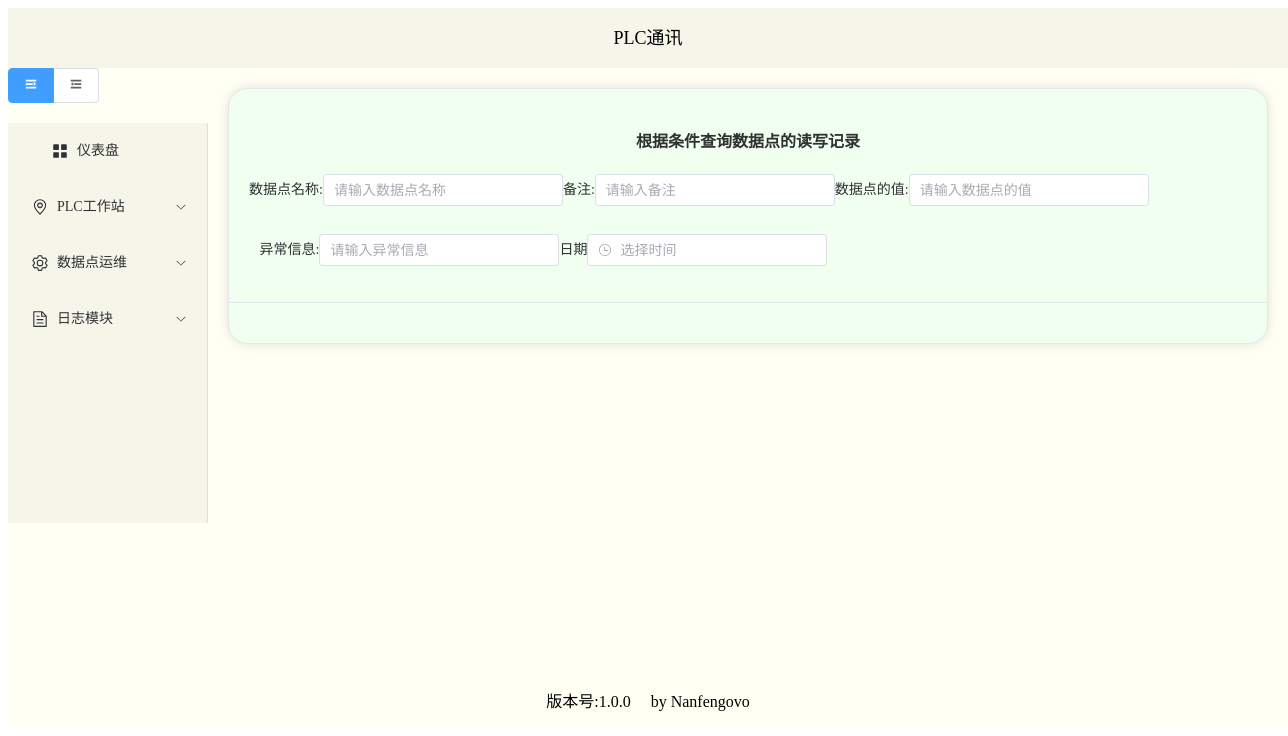
Repository: nanfengovo/HelperWorkStation
Page: /#/frameWork/PLCWorkstation/S7 (app in HelperWorkStation/plchelper-ui/)
The author's editor kept a copy of each file at every save. The page is drawn from the files as they stood at one save, then again after the next save.
The browser window is 1280 px wide. The page is 1288 px wide, so the pictures cover 1288 px, including what lies to the right of the window. The pictures show the whole page.
The project was rebuilt for these pictures with package versions that can differ from the ones it lists, and the page was loaded fresh each time. Also part of the build but not shown: HelperWorkStation/plchelper-ui/vite.config.ts, HelperWorkStation/plchelper-ui/src/views/Login/index.vue.

Above is the page before, as saved 2025-02-16 00:11:18.

### HelperWorkStation/plchelper-ui/index.html
<!DOCTYPE html>
<html lang="">
  <head>
    <meta charset="UTF-8">
    <link rel="icon" href="/icon-park-outline--cpu.png">
    <meta name="viewport" content="width=device-width, initial-scale=1.0">
    <title>PLCHelper Station</title>
  </head>
  <body>
    <div id="app"></div>
    <script type="module" src="/src/main.ts"></script>
  </body>
</html>

<style>
  #app{
    /* display: flex;
    justify-content: center;
    align-items: center; */
    height: 100vh;
    width: 100vw;
  }
</style>

### HelperWorkStation/plchelper-ui/src/main.ts
// import './assets/main.css'

import { createApp } from 'vue'
import ElementPlus from 'element-plus'
import 'element-plus/dist/index.css'
import { createPinia } from 'pinia'

import App from './App.vue'
import * as ElementPlusIconsVue from '@element-plus/icons-vue'
//element-plus转换中文
import zhCn from 'element-plus/es/locale/lang/zh-cn'
import router from './router'

const app = createApp(App)
app.use(router)
for (const [key, component] of Object.entries(ElementPlusIconsVue)) {
    app.component(key, component)
    }
    app.use(ElementPlus, {
        locale: zhCn,
        })
app.use(createPinia())


app.mount('#app')

### HelperWorkStation/plchelper-ui/src/App.vue
<script setup lang="ts">
import {  RouterView } from 'vue-router'
import FrameWork from './views/FrameWork/index.vue'
import Login from './views/Login/index.vue'
</script>

<template>
  <div class="app">
    <RouterView />
  </div>

  <!-- <RouterView /> -->
</template>

<style scoped>
	html,body,#app{
      height: 100%;
      width: 100%;
	}
  .app{
    height: 100%;
    width: 100%;
  }
</style>

### HelperWorkStation/plchelper-ui/src/router/index.ts
import { createMemoryHistory, createRouter, createWebHashHistory, type RouteRecordRaw } from 'vue-router'
import frameWork from '../views/FrameWork/index.vue';
import Login from '../views/Login/index.vue';
import panel from '../views/FrameWork/layout/panel/index.vue';

// const routes: RouteRecordRaw[] = [];
const routes: Array<RouteRecordRaw> = [
    {
        path: '/',
        redirect: '/login'
    },
    {
        path: '/login',
        name: 'login',
        component: Login
    },
    {
        path: '/frameWork',
        name: '主页',
        component: frameWork,
        children: [
            {
                path: '/framework/panel',
                name: '仪表板',
                component: () => import('../views/FrameWork/layout/panel/index.vue'),
            },
            {
                path: '/frameWork/PLCWorkstation/Modbus',
                name: 'PLC工作站-Modbus',
                component: () => import('../views/FrameWork/layout/PLCWorkstation/Modbus/index.vue'),
            },
            {
                path: '/frameWork/PLCWorkstation/PLC',
                name: 'PLC工作站-PLC配置',
                component: () => import('../views/FrameWork/layout/PLCWorkstation/PLC/index.vue'),
            },
            {
                path: '/frameWork/PLCWorkstation/S7',
                name: 'PLC工作站-S7',
                component: () => import('../views/FrameWork/layout/PLCWorkstation/S7/index.vue'),
            },
            {
                path: '/frameWork/PLCWorkstation/OPC',
                name: 'PLC工作站-OPC',
                component: () => import('../views/FrameWork/layout/PLCWorkstation/OPC/index.vue'),
            },
            {
                path: '/frameWork/PLCWorkstation/FinsTCP',
                name: 'PLC工作站-FinsTCP',
                component: () => import('../views/FrameWork/layout/PLCWorkstation/FinsTCP/index.vue'),
            },
            {
                path: '/frameWork/DataPointOperations/Modbus',
                name: '数据点运维-Modbus',
                component: () => import('../views/FrameWork/layout/DataPointOperations/Modbus/index.vue'),
            },
            {
                path: '/frameWork/DataPointOperations/S7',
                name: '数据点运维-S7',
                component: () => import('../views/FrameWork/layout/DataPointOperations/S7/index.vue'),
            },
            {
            path: '/frameWork/DataPointOperations/S7/DB',
                        name: '数据点运维-S7-DB',
                        component: () => import('../views/FrameWork/layout/DataPointOperations/S7/DB/index.vue'),
            },
            {
                path: '/frameWork/DataPointOperations/Opc',
                name: '数据点运维-Opc',
                component: () => import('../views/FrameWork/layout/DataPointOperations/OPC/index.vue'),
            },
            {
                path: '/frameWork/DataPointOperations/FinsTCP',
                name: '数据点运维-FinsTCP',
                component: () => import('../views/FrameWork/layout/DataPointOperations/FinsTCP/index.vue'),
            },
            {
                path: '/frameWork/Log/Operation',
                name: '用户操作日志',
                component: () => import('../views/FrameWork/layout/Log/Operation/index.vue'),
            },
            {
                path: '/frameWork/Log/ReadWrite',
                name: '数据点读写日志',
                component: () => import('../views/FrameWork/layout/Log/ReadWrite/index.vue'),
            },

        ],


    },
];

const router = createRouter({
    history: createWebHashHistory(),
    routes,
});

export default router;

### HelperWorkStation/plchelper-ui/src/views/FrameWork/index.vue
<template>
    <div class="common-layout">
        <el-container>
            <div class="layout-header">
                <el-header>
                    PLC通讯
                </el-header>
            </div>
            <el-container>
                <el-aside width="200px" height="100vh" >
                    <el-radio-group v-model="isCollapse" style="margin-bottom: 20px">
                        <el-radio-button :value="false"><el-icon><Expand /></el-icon></el-radio-button>
                        <el-radio-button :value="true"><el-icon><Fold /></el-icon></el-radio-button>
                    </el-radio-group>
                    <el-menu
                        background-color="#f5f5e9"
                        default-active="1"
                        class="el-menu-vertical-demo"
                        :collapse="isCollapse"
                        @open="handleOpen"
                        @close="handleClose"
                        router
                    >
                        <el-menu-item index="/frameWork/panel">
                            <el-menu-item >
                                <el-icon><icon-menu /></el-icon>
                                <template #title>仪表盘</template>
                            </el-menu-item>
                        </el-menu-item>
                        <el-sub-menu index="2">
                        <template #title>
                            <el-icon><location /></el-icon>
                            <span>PLC工作站</span>
                        </template>
                        <el-menu-item-group >
                            <el-menu-item index="/frameWork/PLCWorkstation/PLC">PLC配置</el-menu-item>
                            <el-menu-item index="/frameWork/PLCWorkstation/Modbus">Modbus模块</el-menu-item>
                            <el-menu-item index="/frameWork/PLCWorkstation/S7">S7模块</el-menu-item>
                            <el-menu-item index="/frameWork/PLCWorkstation/OPC">OPC模块</el-menu-item>
                            <el-menu-item index="/frameWork/PLCWorkstation/FinsTCP">FinsTCP模块</el-menu-item>
                        </el-menu-item-group>
                        </el-sub-menu>
                        <el-sub-menu index="3">
                        <template #title>
                            <el-icon><Setting /></el-icon>
                            <span>数据点运维</span>
                        </template>
                        <el-menu-item-group >
                            <el-menu-item index="/frameWork/DataPointOperations/Modbus">Modbus数据点配置</el-menu-item>
                            <el-menu-item index="/frameWork/DataPointOperations/S7">S7数据点配置</el-menu-item>
                            <el-menu-item index="/frameWork/DataPointOperations/S7/DB">DB块配置</el-menu-item>
                            <el-menu-item index="/frameWork/DataPointOperations/Opc">OPC数据点配置</el-menu-item>
                            <el-menu-item index="/frameWork/DataPointOperations/FinsTCP">FinsTCP数据点模块</el-menu-item>
                        </el-menu-item-group>
                        </el-sub-menu>
                        <el-sub-menu index="4">
                        <template #title>
                            <el-icon><Document /></el-icon>
                            <span>日志模块</span>
                        </template>
                        <el-menu-item-group >
                            <el-menu-item index="/frameWork/Log/Operation">操作日志</el-menu-item>
                            <el-menu-item index="/frameWork/Log/ReadWrite">读写日志</el-menu-item>
                        </el-menu-item-group>
                        </el-sub-menu>
                    </el-menu>
                </el-aside>
                    <el-container>
                        <el-main>
                            <!-- <div class="main-header"> -->
                            <!-- <div class="main-header-breadcrumb"> -->
                                <!-- 面包屑 -->
                                <!-- <el-breadcrumb :separator-icon="ArrowRight"
                                                style="cursor: pointer; margin: 10px 0; display:inline-block;margin-left: 10px; ">
                                                <el-breadcrumb-item  >面包屑导航</el-breadcrumb-item>
                                </el-breadcrumb>
                            </div> -->
                            <!-- <div class="main-header-tab">
                                <el-tab>
                                    <el-tabs
                                    v-model="tablist"
                                    type="card"
                                    editable
                                    class="demo-tabs"
                                    @tab-click="pushTo"
                                >
                                    <el-tab-pane
                                    v-for="item in tablist"
                                    :key="item.name"
                                    :label="item.name"
                                    :name="item.name"
                                    >
                                    {{ item.path }}
                                    </el-tab-pane>
                                </el-tabs>
                                </el-tab>
                            </div> -->
                        <!-- </div> -->
                            <RouterView/>
                        </el-main>
                    </el-container>
            </el-container>
                <el-footer class="fixed-footer" >
                    <span>版本号:{{SoftVersion}}</span>&nbsp;&nbsp;&nbsp;&nbsp;
                    <span>by {{ SoftAuthor }}</span>
                </el-footer>
        </el-container>
    </div>
</template>

<script lang="ts" setup>
import { ref } from 'vue'
import { useRouter } from 'vue-router';
import routes from '../../router/index';
import {
    Document,
    Menu as IconMenu,
    Location,
    Setting,
    ArrowRight,
} from '@element-plus/icons-vue'
import type { TabPaneName } from 'element-plus'



const SoftVersion = ref('1.0.0')
const SoftAuthor = ref('Nanfengovo')


import { useRoute } from 'vue-router'
import router from '../../router/index';
const route = useRoute()
const pathList = ref()

console.log('route', route)// 获取当前路由
console.log('route.matched', route.matched)// 获取当前路由匹配到的路由记录
console.log('route.matched[0].children', route.matched[0].children)// 获取当前路由匹配到的路由记录

const tablist = ref(route.matched[0].children)
const isCollapse = ref(false)

let tabIndex = 1;

// const pushTo = (tab: TabPaneName) => {
//     router.push(tab)
// }


</script>

<style>
.el-menu-vertical-demo:not(.el-menu--collapse) {
    width: 200px;
    min-height: 400px;
}
.layout-header {
    background-color: #f5f5e9;
    color: black;
    text-align: center;
    line-height: 60px;
    font-size: 18px;
}

.common-layout{
    display: flex;
    flex-direction: column;
    min-height: 100vh;
    background-color: #fffff3;
}
.fixed-footer {
    background-color: #fffff3; /* 根据需要设置背景颜色 */
    padding: 10px; /* 根据需要设置内边距 */
    text-align: center; /* 根据需要设置文本对齐方式 */
    margin-bottom: 20px;
    height: 30px;
    font-size: 16px;
}
.main-header{
    border: red 1px solid;
    width: 100%;
    height: 30px;
}
/* .main-header-breadcrumb{
    border: green 1px solid;
    margin: 10px;
    width: 100%;
    height: 30px;
} */
.main-header-tab
{
    border: blue 1px solid;
    width: 100%;
    height: 30px;
}
.demo-tabs {
    border: 1px solid orangered;
    width: 60px;
    height: 30px;
    border-radius: 4px;
}
.demo-tabs>.el-tab-pane {
    border-bottom: 1px solid #ebeef5;
}
</style>

### HelperWorkStation/plchelper-ui/src/views/FrameWork/layout/PLCWorkstation/S7/index.vue
<template>
    <div class="Query">
        <el-card class="Query-card">
            <template #header>
                <div class="card-header">
                    <h4>根据条件查询数据点的读写记录</h4>
                </div>
                <el-form>
                    <el-row class="row1">
                        <el-form-item>
                            <el-label>
                                数据点名称:
                            </el-label>
                            <el-input v-model="dbName" placeholder="请输入数据点名称" clearable />
                        </el-form-item>
                        <el-form-item>
                            <el-label>
                                备注:
                            </el-label>
                            <el-input v-model="remark" placeholder="请输入备注" clearable/>
                        </el-form-item>
                        <el-form-item>
                            <el-label>
                                数据点的值:
                            </el-label>
                            <el-input v-model="result" placeholder="请输入数据点的值" clearable/>
                        </el-form-item>
                    </el-row>
                    <el-row class="row2">
                        <el-form-item>
                            <el-label>
                                &nbsp;&nbsp;&nbsp;异常信息:
                            </el-label>
                            <el-input v-model="exceptionInfo" placeholder="请输入异常信息" clearable/>
                        </el-form-item>
                        <el-form-item>
                            <el-label>
                                日期
                            </el-label>
                            <el-date-picker
                                v-model="value1"
                                type="datetime"
                                placeholder="选择时间"
                                format="YYYY-MM-DD HH:mm:ss"
                                date-format="MMM DD, YYYY"
                                time-format="HH:mm"
                            />
                        </el-form-item>
                    </el-row>
                </el-form>
            </template>

        </el-card>
    </div>
</template>
<script setup lang="ts">

</script>
<style>
.Query{
    display: grid;
}
.Query-card{
    background-color: #F0FFF0;
    border-radius: 20px;
}
.card-header{
    text-align: center;
}
.Query-card .el-input{
    width: 240px;
}
.row2{
    margin-top: 10px;
}
</style>

After the next save:
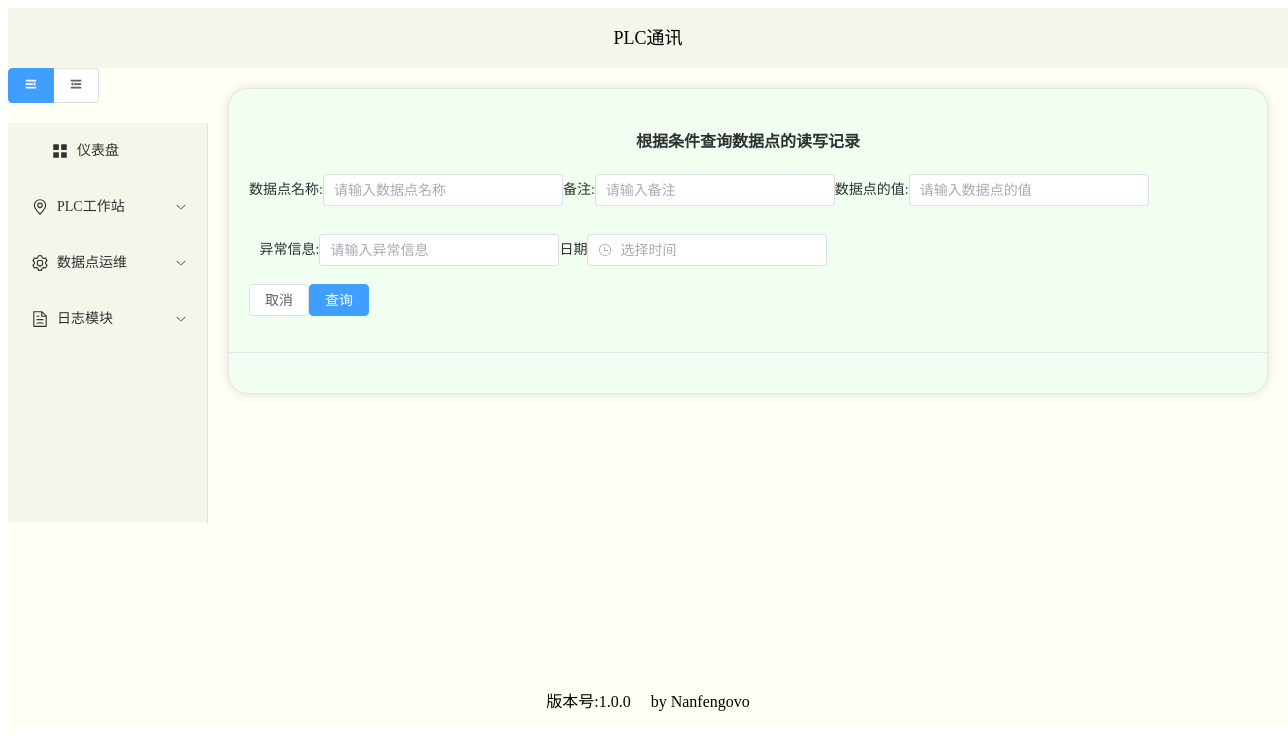
Saved 78 s later.
--- a/HelperWorkStation/plchelper-ui/src/views/FrameWork/layout/PLCWorkstation/S7/index.vue
+++ b/HelperWorkStation/plchelper-ui/src/views/FrameWork/layout/PLCWorkstation/S7/index.vue
@@ -5,7 +5,7 @@
                 <div class="card-header">
                     <h4>根据条件查询数据点的读写记录</h4>
                 </div>
-                <el-form>
+                <el-form class="Query-form">
                     <el-row class="row1">
                         <el-form-item>
                             <el-label>
@@ -47,6 +47,14 @@
                             />
                         </el-form-item>
                     </el-row>
+                    <el-row class="row3">
+                        <el-form-item>
+                            <el-button  @click="cancel">取消</el-button>
+                        </el-form-item>
+                        <el-form-item>
+                            <el-button type="primary" @click="onSubmit">查询</el-button>
+                        </el-form-item>
+                    </el-row>
                 </el-form>
             </template>
 
